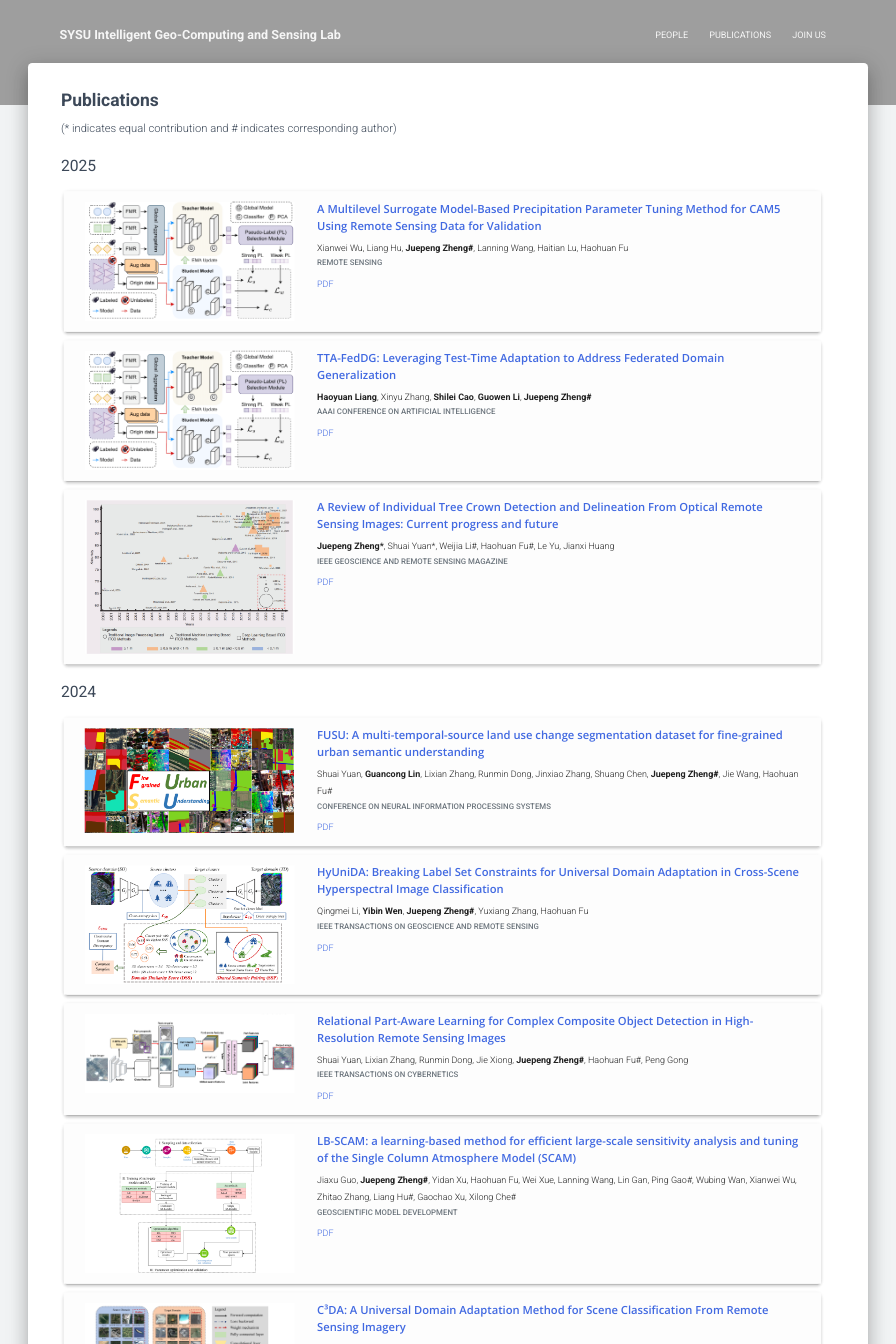
Repository: rssysu/rssysu.github.io
Page: pub.html
These files come from the project's save history. The page is drawn as it stood at one moment and after the next save; the edit follows.
The browser window is 1280 px wide. The pictures show the part of the page from y = 0 to 1920 px (the page is 4641 px tall before and 4863 px after), at 70% of full size.
Pictures or frames that could not be fetched are drawn as grey boxes. Some web libraries are served in a nearby version.

Above is the page before, as saved 2025-03-21 19:20:44.

After the next save:
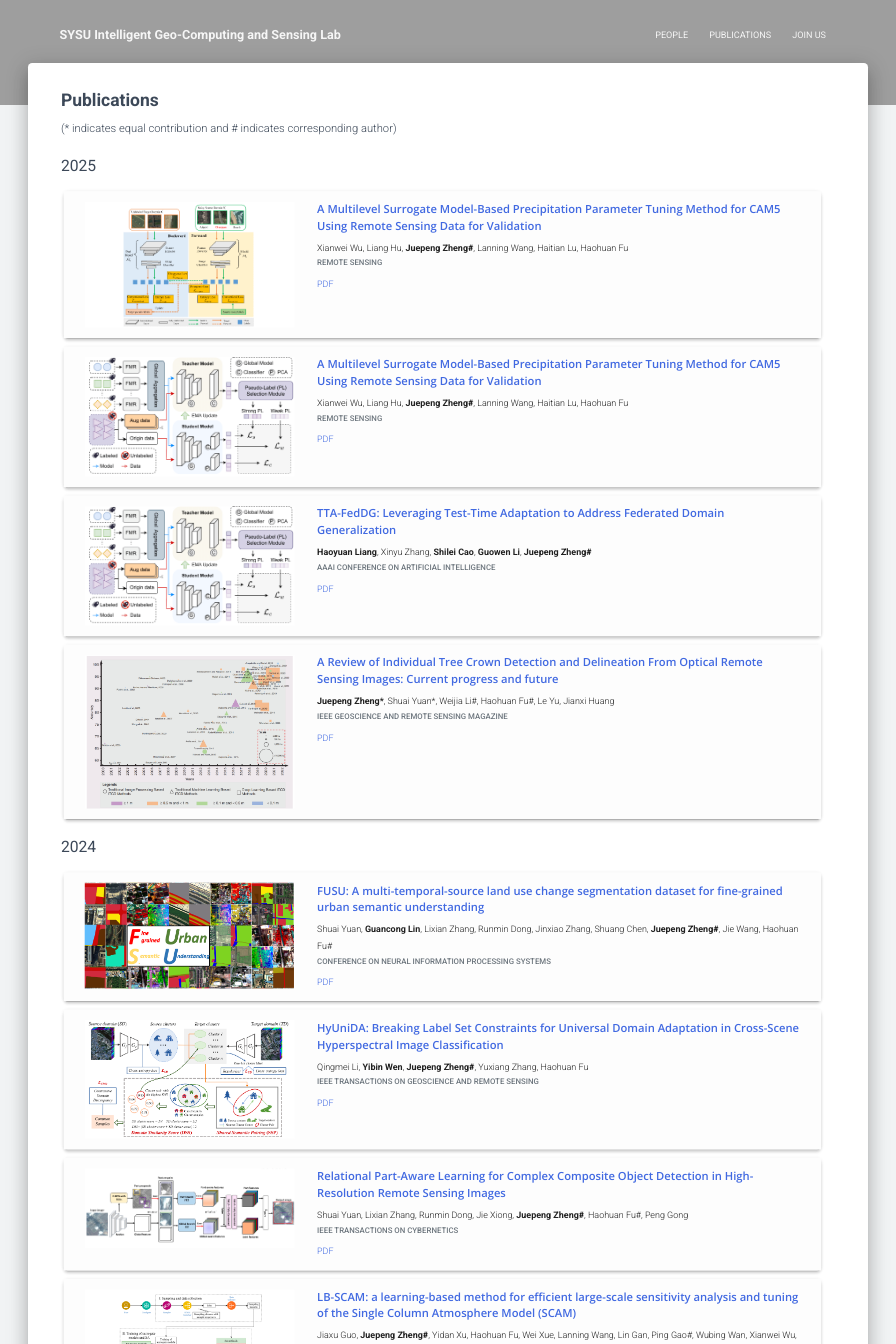
Saved 2 min 25 s later.
--- a/pub.html
+++ b/pub.html
@@ -75,6 +75,19 @@
         <div class="row-pub all">
           <div class="card" style="width: 97%;">
             <div class="card-body" style="background-color: rgb(253, 253, 253);">
+              <img class="card-pic-left" src="assets/paper/ban.png" width=300px>
+              <h4 class="card-title" style="margin-top: -0.1em;"><a href="assets/paper/ams.pdf">A Multilevel Surrogate Model-Based Precipitation Parameter Tuning Method for CAM5 Using Remote Sensing Data for Validation</a>  </h4>
+              <p class="card-text">Xianwei Wu, Liang Hu, <b>Juepeng Zheng#</b>, Lanning Wang, Haitian Lu, Haohuan Fu</p>
+              <h6 class="card-subtitle mb-2 text-muted">Remote Sensing</h6>
+              <a href="assets/paper/ams.pdf" target="_blank">PDF </a>
+            </div>
+          </div>
+        </div>
+
+
+        <div class="row-pub all">
+          <div class="card" style="width: 97%;">
+            <div class="card-body" style="background-color: rgb(253, 253, 253);">
               <img class="card-pic-left" src="assets/paper/fedtta.png" width=300px>
               <h4 class="card-title" style="margin-top: -0.1em;"><a href="assets/paper/ams.pdf">A Multilevel Surrogate Model-Based Precipitation Parameter Tuning Method for CAM5 Using Remote Sensing Data for Validation</a>  </h4>
               <p class="card-text">Xianwei Wu, Liang Hu, <b>Juepeng Zheng#</b>, Lanning Wang, Haitian Lu, Haohuan Fu</p>
